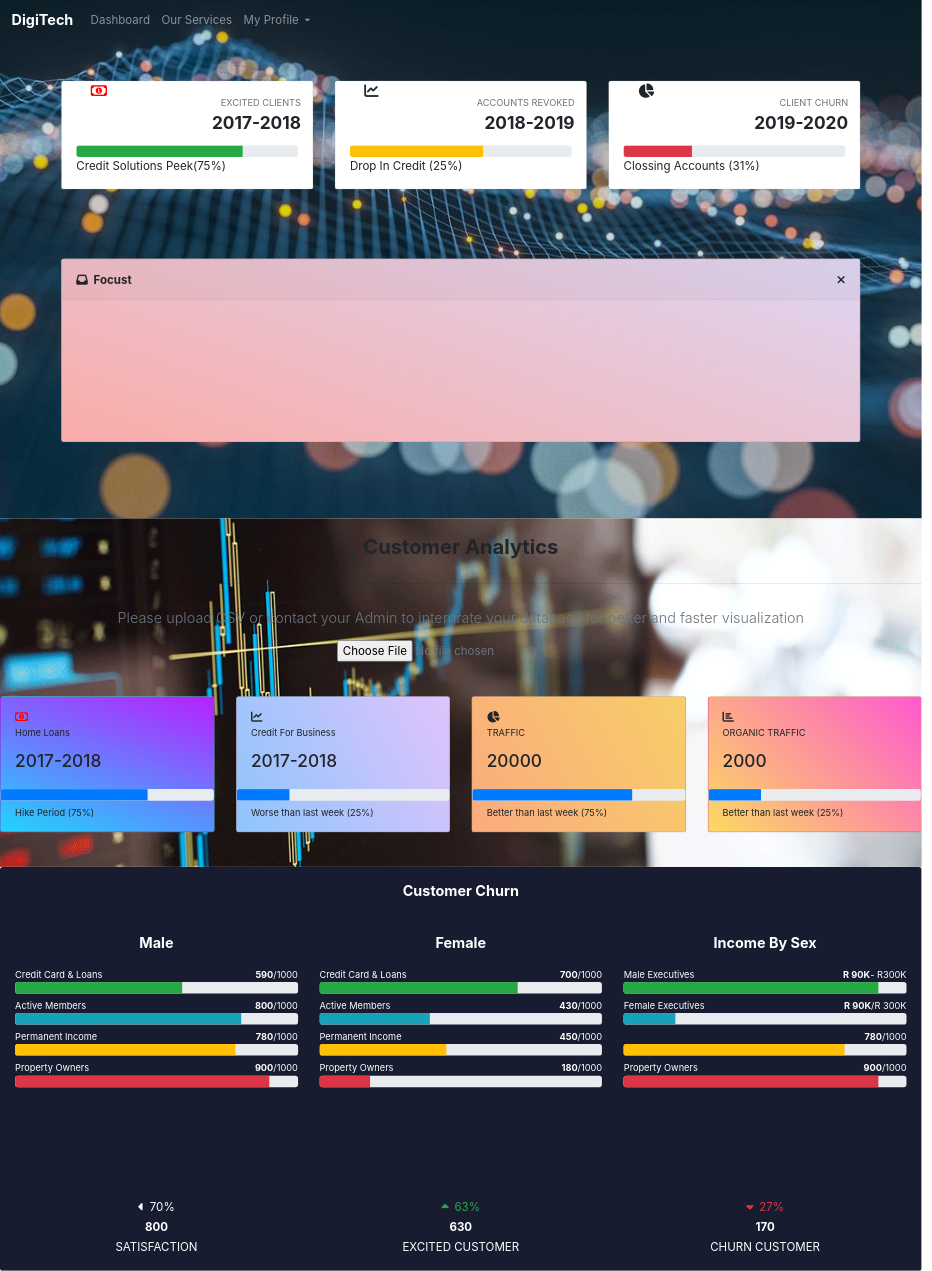
Repository: Tookliin/DigiTech
Page: /data
An editor plug-in stored every save of this project. The page is shown before and after the next save, followed by the edit.
The browser window is 1280 px wide. The page is 1295 px wide, so the pictures cover 1295 px, including what lies to the right of the window. The pictures show the whole page, at 72% of full size.
The project was rebuilt for these pictures with package versions that can differ from the ones it lists, and the page was loaded fresh each time. Also part of the build but not shown: src/components/Dashboard.vue, src/components/Profile.vue, src/components/Error.vue, src/components/Register.vue.

Above is the page before, as saved 2020-07-22 11:11:08.

After the next save:
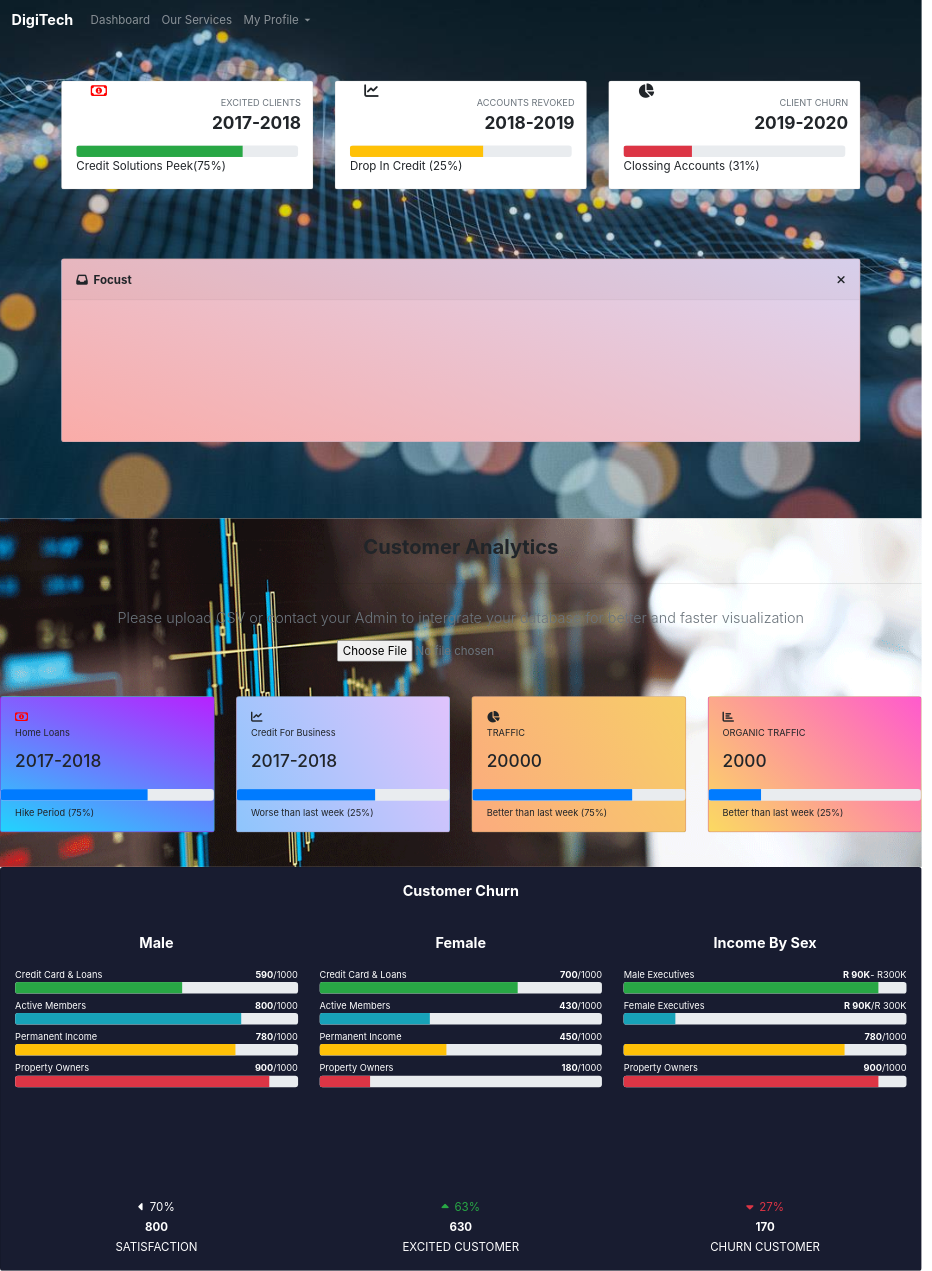
Saved 21 s later.
--- a/src/components/Organization.vue
+++ b/src/components/Organization.vue
@@ -189,7 +189,7 @@
             <h4>2017-2018</h4>
           </div>
           <div class="progress md-progress">
-            <div class="progress-bar bg grey darken-3" role="progressbar" style="width: 25%" aria-valuenow="25" aria-valuemin="0" aria-valuemax="100"></div>
+            <div class="progress-bar bg grey darken-3" role="progressbar" style="width: 65%" aria-valuenow="25" aria-valuemin="0" aria-valuemax="100"></div>
           </div>
           <div class="card-body pt-2 pb-3">
             <p class="small mb-0">Worse than last week (25%)</p>
